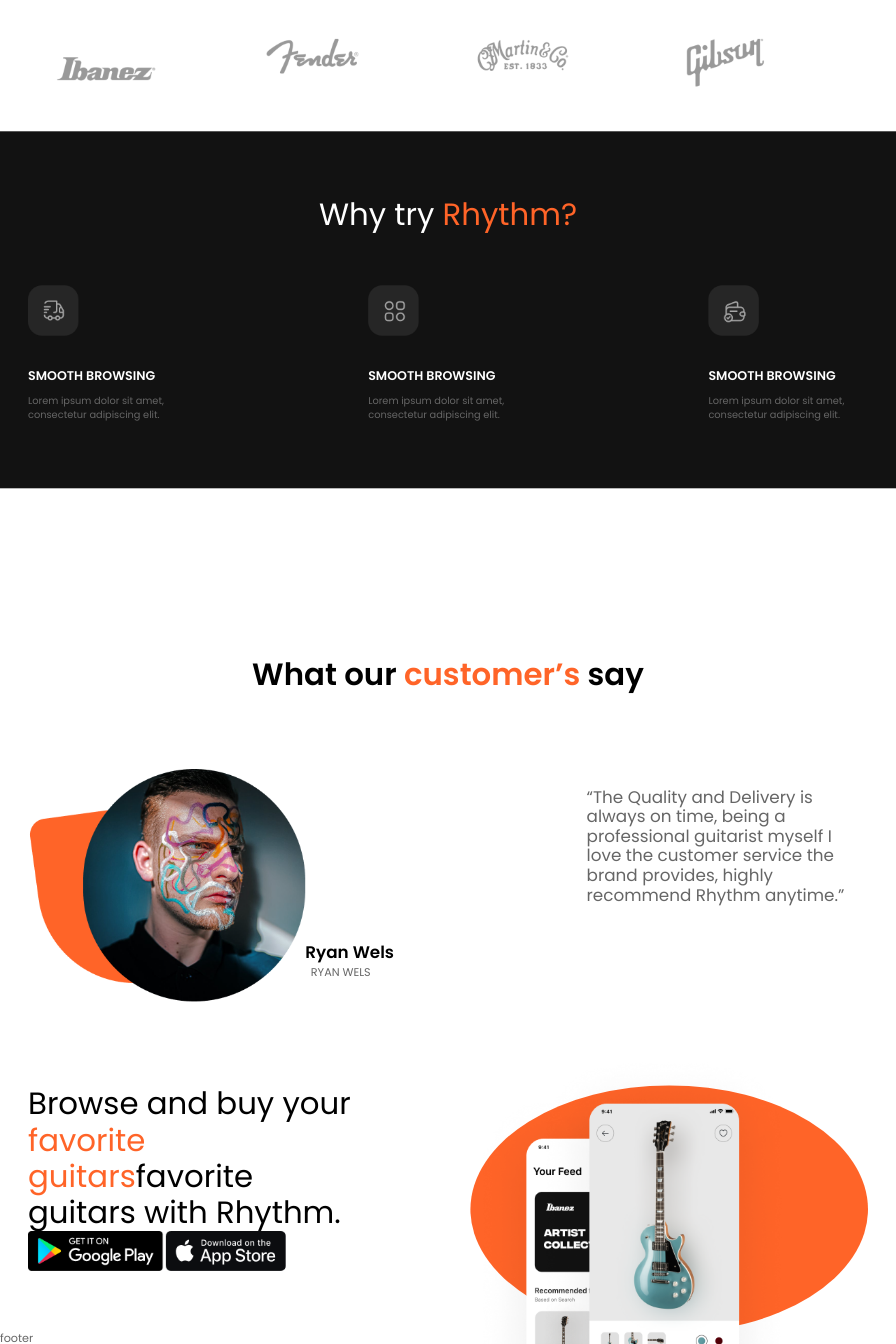
Repository: MorgunovaAlexandra/verstka-gitare-store
Page: index.html
These files come from the project's save history. The page is drawn as it stood at one moment and after a run of saves; the edit follows.
The browser window is 1280 px wide. The pictures show the part of the page from y = 2622 to 4542 px (the page is 4542 px tall), at 70% of full size.

Above is the page before, as saved 2022-06-11 20:03:38.

### index.html
<!DOCTYPE html>
<html lang="en">
<head>
    <meta charset="UTF-8">
    <meta http-equiv="X-UA-Compatible" content="IE=edge">
    <meta name="viewport" content="width=device-width, initial-scale=1.0">
    <link rel="stylesheet" href="./style.css">
    <title>Document</title>
</head>
<body>
    <div class="wrapper">
        <header class="header">
            <div class="header__container _container">
                <a href="" class="header__logo">
                    <img src="./img/logo.svg" alt="">
                </a>
                <nav class="header__menu menu">
                    <ul class="menu__list">
                        <li class="menu__item">
                            <a href="" class="menu__link">Store</a>
                        </li>
                        <li class="menu__item">
                            <a href="" class="menu__link">Collections</a>
                        </li>
                        <li class="menu__item">
                            <a href="" class="menu__link">Support</a>
                        </li>
                    </ul>
                </nav>
            </div>
        </header>
        <main class="page">
            <section class="page__main main">
                <div class="main__container _container">
                    <div class="main__content">
                        <h1 class="main__title">Browse top quality <span>Guitars</span> online</h1>
                        <p class="main__text">Explore 50k+ latest collections of branded guitars online with Rhythm.</p>
                        <div class="main_actions actions-main">
                            <a href="" class="actions-main__button">Get the App</a>
                            <div class="actions-main__icon"><img src="./img/Group.png" alt="playMarket"></div>
                            <div class="actions-main__icon"><img src="./img/Apple logo.png" alt="apple"></div>
                        </div>
                    </div>
                    <div class="main_decor decor-main">
                        <div class="decor-main__image">
                            <img  src="./img/unsplash_H6j0Zsy91WY.png"alt="Main">
                        </div>
                    </div>
                </div>
            </section>
            <section class="page_store store">
               <div class="store_container _container">
                   <h2 class="store_title _title">
                    Check out the <span>Store</span>
                   </h2>
                   <div class="store__body body-store">
                       <div class="body-store__header">
                           <div class="body-store__title">NEW ON THE BOARD</div>
                           <a class="body-store__all">view all</a>
                       </div>
                       <div class="body-store__items">
                           <div class="body-store__item item">
                             <a href="" class="item__image">
                                 <img class="img-gitara" src="./img/1gitara.jpg" alt="gitare">
                             </a>
                             <div class="item__title">The Essential Les Paul</div>
                             <div class="item__price">$1,299.00</div>
                           </div>
                           <div class="body-store__item item">
                            <a href="" class="item__image">
                                <img  class="img-gitara" src="./img/2gitare.jpg" alt="gitare">
                            </a>
                            <div class="item__title">J-45 Standard</div>
                            <div class="item__price">$1,699.00</div>
                          </div>
                          <div class="body-store__item item">
                            <a href="" class="item__image">
                                <img  class="img-gitara" src="./img/3gitare.jpg" alt="gitare">
                            </a>
                            <div class="item__title">Hummingbird Standard</div>
                            <div class="item__price">$2,099.00</div>
                          </div>

                       </div>
                    <div class="body-store__header he">
                        <div class="body-store__title">TOP SELLING</div>
                        <a class="body-store__all">view all</a>
                    </div>
                       <div class="body-store__items">
                        <div class="body-store__item item">
                            <a href="" class="item__image">
                                <img class="img-gitara" src="./img/4gitare.jpg" alt="gitare">
                            </a>
                            <div class="item__title">Active Precision Bass® PH V</div>
                            <div class="item__price">$4,199.00</div>
                        </div>
                        <div class="body-store__item item">
                            <a href="" class="item__image">
                                <img class="img-gitara" src="./img/5gitare.jpg" alt="gitare">
                            </a>
                            <div class="item__title">Redondo Special</div>
                            <div class="item__price">$2,800.00</div>
                        </div>
                        <div class="body-store__item item">
                            <a href="" class="item__image">
                                <img class="img-gitara" src="./img/6gitare.jpg" alt="gitare">
                            </a>
                            <div class="item__title">Professional II Stratocaster®</div>
                            <div class="item__price">$3,199.00</div>
                        </div>
                      </div>
                   </div>
               </div>
            </section>
            <section class="page_categories categories">
              <div class="categories__container _container">
                <h2 class="categories__title _title">
                    Choose based on <span>Categories</span>
                </h2>
                <div class="categories__items">
                   <div class="categories__item item">

                       <img class="item__img" src="./img/categories/Rectangle 139.jpg">
                        <h2 class="item__titlee ">Acoustic</h2>
                   </div>
                   <div class="categories__item item">
                    <img class="item__img" src="./img/categories/Rectangle 140.jpg">
                     <h2 class="item__titlee">Acoustic</h2>
                </div>
                <div class="categories__item item">
                    <img class="item__img" src="./img/categories/Rectangle 141.jpg">
                     <h2 class="item__titlee">Acoustic</h2>
                </div>
                <div class="categories__item item">
                    <img class="item__img" src="./img/categories/Rectangle 142.jpg">
                     <h2 class="item__titlee">Acoustic</h2>
                </div>
                </div>
              </div>

            </section>
            <section class="page__brand brand">
                <div class="brand__container _container">
                    <h2 class="brand__title _title">Featuring the <span>Best Brands</span></h2>

                <div class="brand__items">
                   <div class="brand__item item">
                      <img src="./img/brand/Frame.jpg" alt="brand">
                   </div>
                  <div class="brand__item item">
                    <img src="./img/brand/Group.jpg" alt="brand">
                  </div>
                  <div class="brand__item item">
                    <img src="./img/brand/Group.png" alt="brand">
                  </div>
                  <div class="brand__item item">
                    <img src="./img/brand/Group — копия.png" alt="brand">
                  </div>
                  <div class="brand__item item">
                    <img src="./img/brand/image 3.png" alt="brand">
                  </div>
                  <div class="brand__item item">
                    <img src="./img/brand/image 4.png" alt="brand">
                  </div>
                  <div class="brand__item item">
                    <img src="./img/brand/image 6.png" alt="brand">
                  </div>
                  <div class="brand__item item">
                    <img src="./img/brand/image 8.png" alt="brand">
                  </div>
                </div>
                </div>
            </section>
            <section class="page__rhuthm rhuthm _black">
               <div class="rhuthm__container _container">
                   <div class="rhuthm__title _title">Why try<span> Rhythm?</span></div>
                   <div class="rthuthm__items">
                       <div class="rthuthm__item item">
                           <div class="img_rthuthm">
                            <img class="img-group" src="./img/vidget/group.png">
                            <img class="item__vidget-img" alt="vidget" src="./img/vidget/Rectangle 135.png">
                           </div>
                           <h2 class="item__title-vidget">Smooth Browsing</h2>
                           <div class="item__text-vidget">Lorem ipsum dolor sit amet, consectetur adipiscing elit.</div>
                       </div>
                       <div class="rthuthm__item item">
                        <div class="img_rthuthm">
                            <img class="img-group" src="./img/vidget/category-2.png">
                             <img class="item__vidget-img" alt="vidget" src="./img/vidget/Rectangle 136.png">
                        </div>
                        <h2 class="item__title-vidget">Smooth Browsing</h2>
                        <div class="item__text-vidget">Lorem ipsum dolor sit amet, consectetur adipiscing elit.</div>
                    </div>
                    <div class="rthuthm__item item">
                        <div class="img_rthuthm">
                            <img class="img-group" src="./img/vidget/empty-wallet-tick.png">
                             <img class="item__vidget-img" alt="vidget" src="./img/vidget/Rectangle 137.png">
                        </div>
                        <h2 class="item__title-vidget">Smooth Browsing</h2>
                        <div class="item__text-vidget">Lorem ipsum dolor sit amet, consectetur adipiscing elit.</div>
                    </div>
                   </div>
               </div>
            </section>
            <section class="page__castomers castomers">
                <div class="castomers__container _container">
                      <h2 class="castomers__title _title">What our <span>customer’s</span> say</h2>

                <div class="castomers__body ">

                        <img class="body__img" src="./img/castomers/Group 5203.png" alt="chel">

                    <div class="body__text">
                        <div class="body__text-text">“The Quality and Delivery is always on time, being a professional guitarist myself I love the customer service the brand provides, highly recommend Rhythm anytime.”</div>
                        <div class="body__name">Ryan Wels</div>
                        <div class="body__prof">Ryan Wels</div>
                    </div>
                </div>
            </div>
            </section>
            <section class="page__browse browse">
                 <div class="browse__container _container">
                    <div class="browse__block1">
                        <div class="browse__title _title">Browse and buy your <span>favorite guitars</span>favorite guitars with Rhythm.</div>
                        <img src="./img/browse/Mobile app store badge.png" alt="brows">
                        <img src="./img/browse/Mobile app store badge — копия.png" alt="brows">
                    </div>
                    <div class="browse__block2">
                        <img class="browse_img-1" src="./img/browse/guitar s1.png">
                        <img src="./img/browse/guitar s3.png">
                    </div>

                 </div>
            </section>
        </main>
        <footer class="footer">footer</footer>
    </div>

</body>
</html>

### style.css
@import url('https://fonts.googleapis.com/css2?family=Poppins:wght@400;500;600&display=swap');
*,*::before,*::after{
    margin: 0;
    padding: 0;
    box-sizing: border-box;
    border: none;
}
html,body{
    height: 100%;
    min-width: 320px;
}
body{
    line-height: 1;
    font-family: Poppins;
    font-size: 16px;
    color:#666666;
}
ul{}
li{
    list-style: none;
}
a{
    text-decoration: none;
    color:#666666;
    font-weight: 500;

}
/*-----------------------------------*/
._container{
    max-width: 1230px;
    margin: 0 auto;
    padding: 0px 15px;
}
._title{
    font-size: 44px;
    line-height: 52px;
    color:black
}
._title span{
    color:#FF6428
}
/*-----------------------------------*/
.wrapper{
    display: flex;
    flex-direction: column;
    min-height: 100%;
    overflow: hidden;
}

/*------------------header------------------*/
.header__container{
    display: flex;
    gap:131px;
    min-height: 152px;
    align-items: center;
}
.header__logo{

}
.menu__list{
    display: flex;
    gap:56px;
}
.menu__item{
padding: 5px;
background-color:rgba(255,255,255,0.5);
}
.header{
    position: absolute;
    top:0;
    left: 0;
    width: 100%;
    z-index: 20;
}
@media(max-width:1092px) {
    .header__container{
        gap:50px;
        min-height: 100px;
    }
    .menu__list{
        gap:40px;
    }
}
@media(max-width:768.98px){
    .header__container{
        min-height: 50px;
    }
}
@media(max-width:479.98px){
    .menu__list{
        gap:20px
    }
    .header__logo{
        width: 28px;
        overflow: hidden;
        flex: 0 0 28px
    }
    .header__container{
        gap:20px;
    }
    .menu{
        padding: 0;
    }
}
/*------------------main------------------*/
.page{
    flex:1 1 auto
}
.page__main {
}
.main {
    padding-bottom: 80px;
}
.main__container {
    display: flex;
}
._container {
}
.main__content {
    display: flex;
    flex-direction: column;
    justify-content: space-between;
    flex:1 1 50%;
    align-self: flex-end;
    padding-bottom: 60px;
    padding-top: 120px;
    padding-right: 20px;
}
.main__title {
    font-size: 3.5rem;
    line-height: 67px;
    color:black;
    margin-bottom: 16px;
}
.main__title span{
    color:#FF6428
}
.main__text {
    margin-bottom: 34px;
    font-size: 1.5rem;
}
.main_actions {
}
.actions-main {
    display: flex;
    gap: 40px;
    align-items: center;
}
.actions-main__button {
    background-color: #FF6428;
    color:white;
    padding: 18px 48px;
    border-radius: 40px;
    text-align: center;
    transition: all 0.3s ease 0s;
}
.actions-main__button:hover{
    background-color:#b03808
}
.actions-main__icon {
}
.main_decor {
    flex:1 1 50%
}
.decor-main {
}
.decor-main__image {
    margin-right: -135px;
    position: relative;


}
.decor-main__image img{
    max-width: 672px;
}
.decor-main__image::after{
    content: "";
    background: url("./img/Group\ 5189.png");
    width: 80px;
    height: 80px;
    position: absolute;
    right: 36%;
    bottom: 0;
    transform: translate(0,50%);
}
@media(max-width:1092px){
    .decor-main__image img{
        width: 100%;

    }
    .main__content {
        flex:0 0 60%;
        padding-bottom: 0;
    }
    .main_decor {
        flex:0 0 40%
    }
}
@media(max-width:767.97px){
    .main_decor {
        display: none;
    }
    .main__content {
        flex: 1 1 100%;
        padding-right: 0;
        padding-top: 80px;
    }
    .main__title {
        font-size: 44px;
    }
}
@media(max-width:497.98px){
    .actions-main__button {
        flex:1 1 100%;
    }
    .actions-main__icon {
        display: none;
    }
}
/*-----------SECTION2--------------*/
.store_title{
    text-align: center;
    margin-bottom: 92px;
}

.page_store {
}
.store {
    padding-top: 80px;
    padding-bottom: 90px;
}
.store_container {
}
._container {
}


.store__body {
}
.body-store {
}
.body-store__header {
    display: flex;
    justify-content: space-between;
    gap:15px;
    margin-bottom: 32px;
}
.body-store__title {
    font-size: 20px;
    line-height: 30px;
    color:black;
    font-weight: 600;
}
.body-store__all {
    font-weight: 500;
    font-size: 20px;
}
.body-store__items{
    display: flex;
    justify-content: space-between;
    flex-wrap: wrap;
    margin-bottom: 102px;
}
.item__title{
    font-size: 16px;
    font-weight: 500;
    color:#121212;
    line-height: 24px;
    margin-bottom: 7px;
}
.item__price{
    font-size: 14px;
    line-height: 21px;
    font-weight: 400;
}
.item__image{
    padding-bottom: 40px;

}
.img-gitara{
    max-width: 364px;
}
@media(max-width:767.97px){
    .he{
        display: none;
    }
    .item{
        max-width: 50%;
    }
    .img-gitara{
        width: 100%;
    }
}
@media(max-width:497.98px){
    .he{
        display: none;
    }
    .item{
        max-width: 90%;
    }
    .img-gitara{
        width: 100%;
    }
    .body-store__items{
        justify-content: center;
    }
    .body-store__items{
        margin-bottom: 0;
    }
    .store_title {
        margin-bottom: 10px;
    }
    .store {
        padding-top: 0px;
    }
    .body-store__title {
        font-size: 16px;
    }
    .main{
        padding-bottom: 18px;
    }
}


/*----------SECTION3----------------------*/
.categories__items{
    display: flex;
    justify-content: space-around;
    flex-wrap: wrap;
}
.categories__title{
    text-align: center;
    margin-bottom: 80px;
}
.categories__item{
    position: relative;
    padding: 10px;
}
.item__titlee{
    position: absolute;
    top:80%;
    left: 30px;
    color:white;
    font-weight: 600;
    font-size: 20px;
}
.page_categories{
    padding-bottom: 110px;
}
/*----------------------------SECTION BRAND------------*/
.page__brand{

}
.brand__title{
    text-align: center;
    margin-bottom: 96px;
}
.brand__items{
    display: flex;
    justify-content: space-between;
    flex-wrap: wrap;
}
.brand__item{
    width: 25%;
    padding: 40px;
}
@media(max-width:767.97px){
    .brand__item{
        width: 30%;
        padding: 20px;
}
}
@media(max-width:497.98px){
    .brand__item{
        width: 40%;
        padding: 7px;
    }
}
/*---------------------SECTION BLACK--------------------*/

._black{
    background-color: #121212;
}
.page__rhuthm{
    padding-bottom: 94px;
}
.rthuthm__items{
    display: flex;
    justify-content: space-between;
    flex-wrap: wrap;
}
.rhuthm__title{
    color:white;
    text-align: center;
    padding-top: 93px;
    padding-bottom: 75px;
}
.img_rthuthm{
    position: relative;
    margin-bottom: 40px;
}
.img-group{
    position: absolute;
    top:21px;
    left: 22px;
}
.item__title-vidget{
    color:white;
    font-weight: 600;
    font-size: 18px;
    text-transform: uppercase;
    line-height: 27px;
    margin-bottom: 12px;
}
.item__text-vidget{
    color:#666666;
    font-weight: 400;
    font-size: 14px;
    line-height: 21px;

}
.rthuthm__item{
    width: 19%;
}
@media(max-width:497.98px){
    .rthuthm__item{
        width: 80%;
    }
    .rthuthm__items{
        justify-content: center;
        align-items: center;
    }

    .img_rthuthm {
        margin-bottom: 0;
    }
    .item__text-vidget {
        margin-bottom: 15px;
    }
    .page__rhuthm{
        padding-bottom: 30px;
    }
}
/*---------------------SECTION-CASTOMERS---------*/
.page__castomers{
    padding-bottom: 120px;
}
.castomers__title{
    text-align: center;
    padding-top: 240px;
}
.castomers__body{
    display: flex;
    justify-content: space-around;
    align-items: center;
    margin-top: 109px;

}

.body__text-text{
    width: 50%;
    font-weight: 400;
    line-height: 28px;
    font-size: 24px;
    margin-bottom: 56px;
}
.body__img{
    width: 33%;
}
.body__text{
    display: flex;
    flex-direction: column;

align-items: flex-end;
}
.body__name{
    align-self: flex-start;
    font-weight: 600;
    font-size: 24px;
    color:#000000;
}
.body__prof{
    text-transform: uppercase;
    align-self: flex-start;
    padding: 8px;
}
@media(max-width:767.97px){
    .castomers__title {
        padding-top: 10px;
    }
    .body__img{
        width: 26%;
    }
    .body__text-text{
        margin-bottom: 30px;
    }
    .body__text-text{
        width: 90%;
    }
    .castomers__body{
        align-items: center;
    }
    .body__prof{
        display: none;
    }
    .body__name{
        display: none;
    }
    .page__castomers{
        padding-top: 20px;
    }
}
@media(max-width:497.98px){
    .castomers__body{
        margin-top: 10px;
    }
    .body__img{
        display: none;
    }
    .body__text-text{
        width: 97%;
    }

}
/*----------------SECTION------BREWSE----------*/
.browse__container{
    display: flex;
    justify-content: space-between;
}
.browse__block1{
    width: 40%;
}
.browse__block2{
width: 48%;
background-color: #FF6428;
width: 568px;
height: 354px;
border-radius: 70%;
position: relative;
}
.browse_img-1{
    position: absolute;
    top:-50px;
    left: 90px;

}

After the next 3 saves:
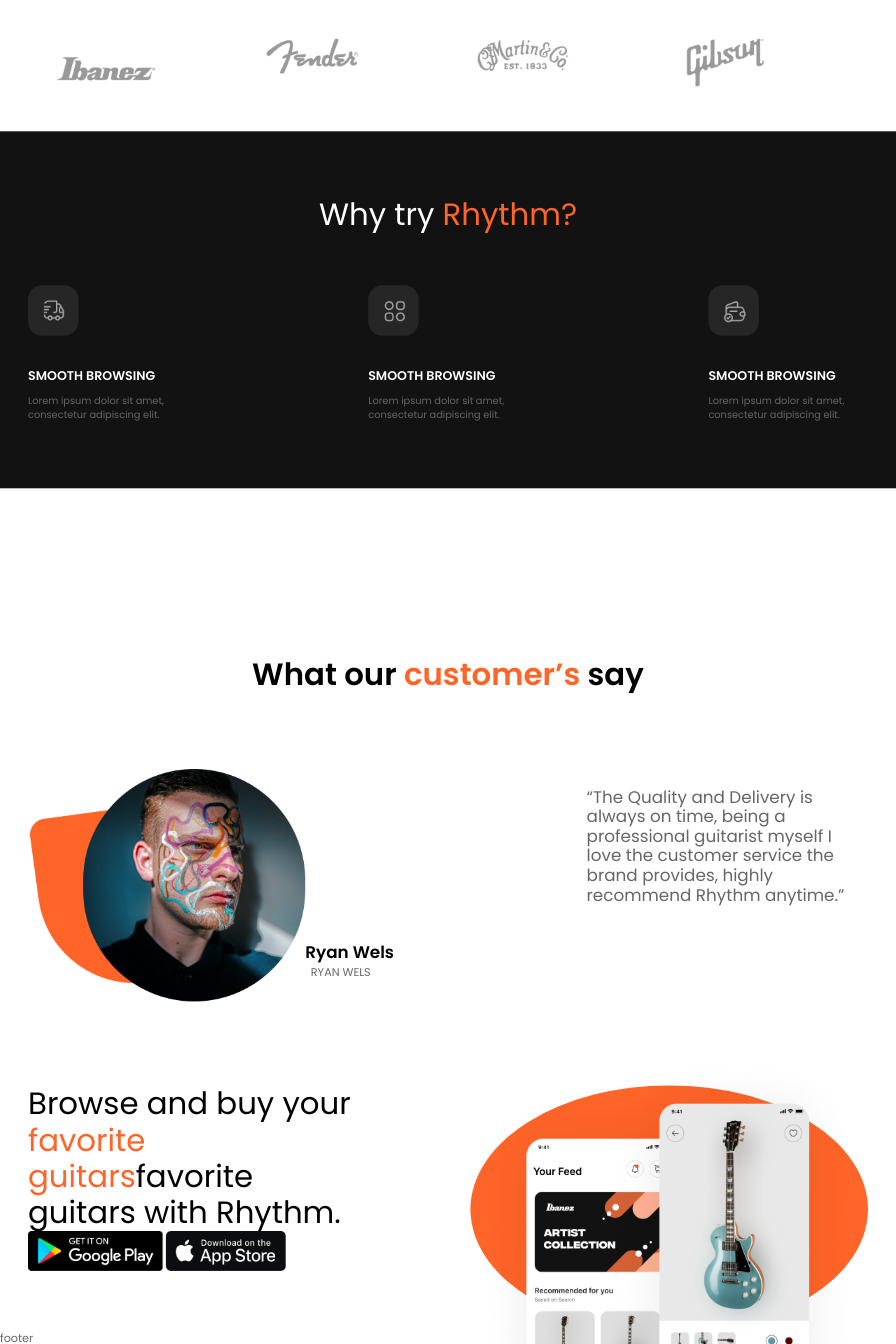
The 3 saves are shown as one change because they came seconds apart.
The last was saved 7 s later.
--- a/style.css
+++ b/style.css
@@ -541,6 +541,6 @@
 .browse_img-1{
     position: absolute;
     top:-50px;
-    left: 90px;
-
-}
+    left: 190px;
+
+}
